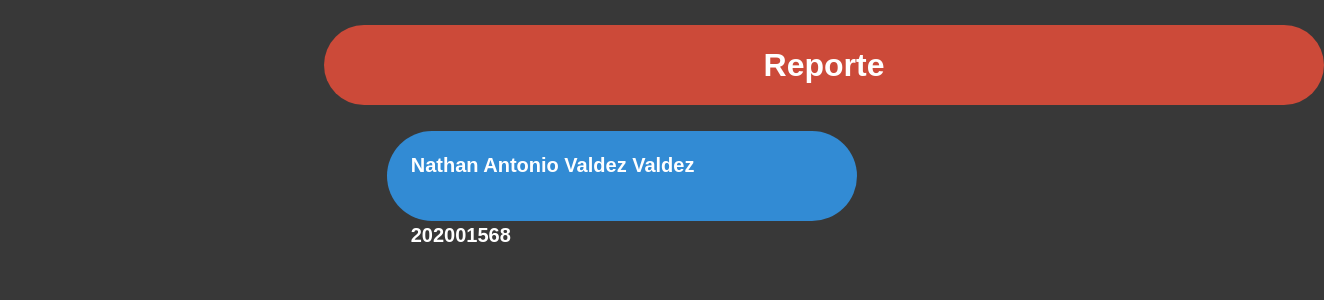
Repository: nathanvdev/LFP_PR_202001568
Page: plantilla.html
An editor plug-in stored every save of this project. The page is shown before and after a run of saves, followed by the edit.
The browser window is 1280 px wide. The page is 1324 px wide, so the pictures cover 1324 px, including what lies to the right of the window. The pictures show the whole page.

Above is the page before, as saved 2022-02-19 18:54:51.

### plantilla.html

<!DOCTYPE html>
<html lang="en">
<head>
    <meta charset="UTF-8">
    <meta http-equiv="X-UA-Compatible" content="IE=edge">
    <meta name="viewport" content="width=device-width, initial-scale=1.0">
    <title>Document</title>
</head>
<style>
    body{
        font-family: sans-serif;
    }
    .titlebox{
        background-color: rgb(204, 74, 57);
        height: 80px;
        width: 1000px;
        margin: 2%;
        margin-left: 25%;
        border-radius: 45px;


        display: flex;
        justify-content: center;
    }
    .PersonalInfo{
        background-color: rgb(50, 139, 212);
        height: 90px;
        width: 470px;
        margin: 2%;
        margin-left: 30%;
        border-radius: 45px;

    }
</style>
<body style="background-color: rgb(56, 56, 56);">
    <div class="titlebox">
        <h1 style="color: white;">Reporte</h1>
    </div>
    <div class="PersonalInfo">
        <h3 style="color: white;
        margin: 5%; float: left; font-size: 20px;">
            Nathan Antonio Valdez Valdez
        </h3>
        <h3 style="color: white;
        margin: 5%; float: left; font-size: 20px;">
            202001568
        </h3>
    </div>
</body>
</html>

After the next 2 saves:
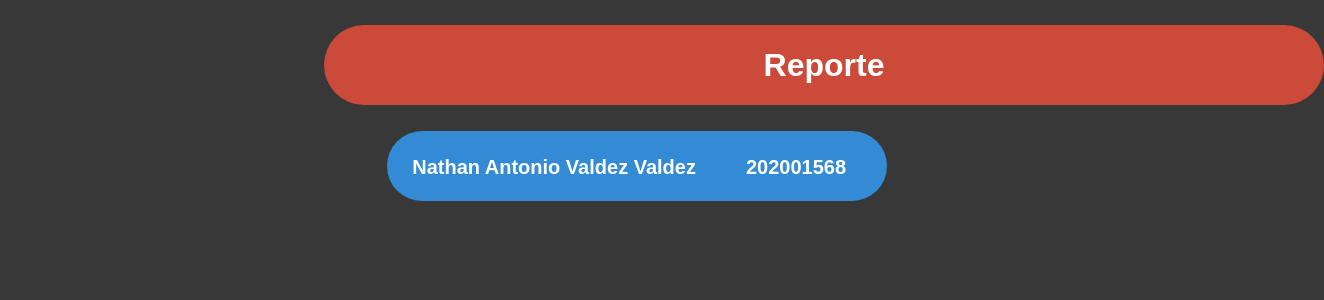
The 2 saves are shown as one change because they came seconds apart.
The last was saved 8 s later.
--- a/plantilla.html
+++ b/plantilla.html
@@ -25,8 +25,8 @@
     }
     .PersonalInfo{
         background-color: rgb(50, 139, 212);
-        height: 90px;
-        width: 470px;
+        height: 70px;
+        width: 500px;
         margin: 2%;
         margin-left: 30%;
         border-radius: 45px;
